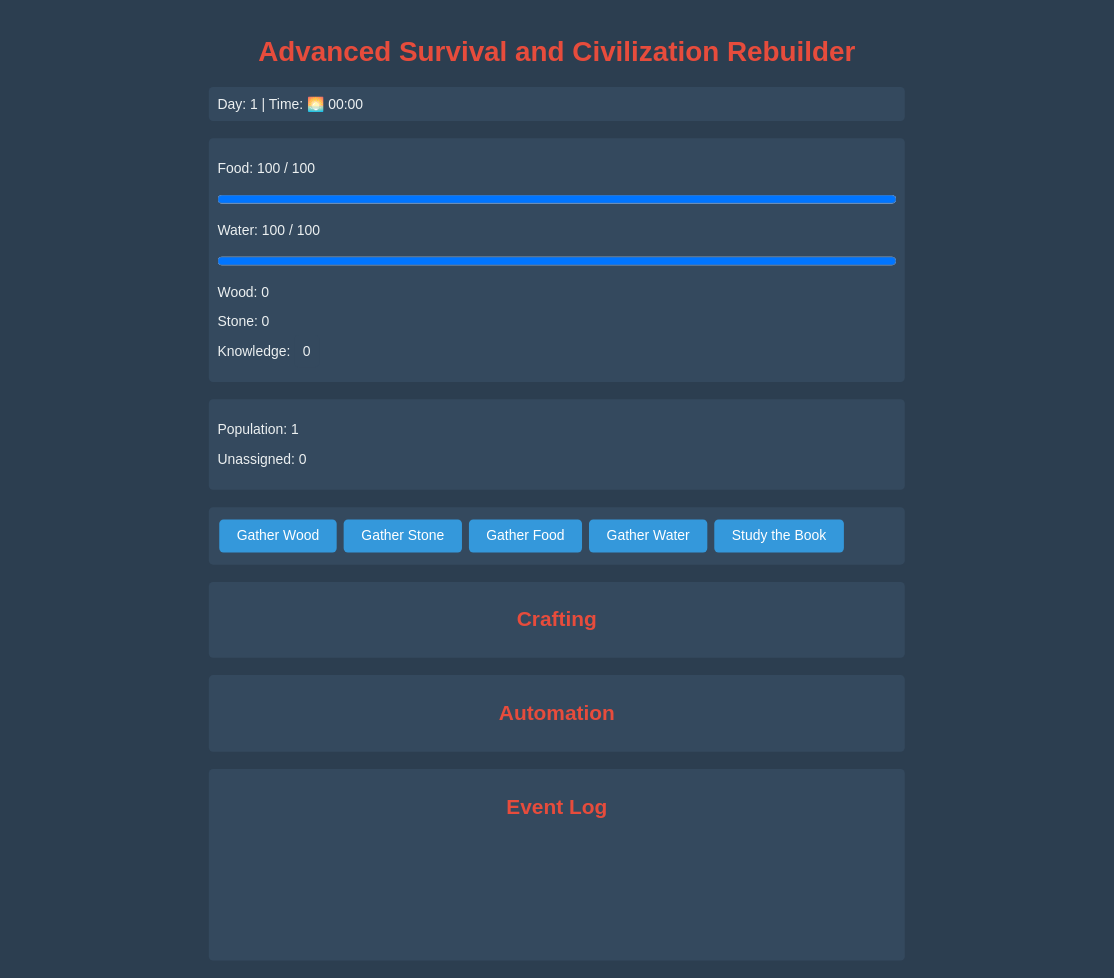
Repository: kingpinzs/afk-post-apocalyptic
Page: index.html
The author's editor kept a copy of each file at every save. The page is drawn from the files as they stood at one save, then again after the next save.
The browser window is 1280 px wide. The pictures show the whole page, at 87% of full size.

Above is the page before, as saved 2024-09-10 08:01:09.
Console error: SyntaxError: Identifier 'showPuzzle' has already been declared

### index.html
<!DOCTYPE html>
<html lang="en">
<head>
    <meta charset="UTF-8">
    <meta name="viewport" content="width=device-width, initial-scale=1.0">
    <title>Advanced Survival and Civilization Rebuilder</title>
    <link rel="stylesheet" href="styles.css">
</head>
<body>
    <div id="game-container">
        <h1>Advanced Survival and Civilization Rebuilder</h1>
        <div id="day-night-cycle">
            Day: <span id="day-count">1</span> | Time: <span id="time-emoji">🌅</span> <span id="time-display">00:00</span>
        </div>
        <div id="resources">
            <p>Food: <span id="food">100</span> / 100</p>
            <progress id="food-bar" value="100" max="100"></progress>
            <p>Water: <span id="water">100</span> / 100</p>
            <progress id="water-bar" value="100" max="100"></progress>
            <p>Wood: <span id="wood">0</span></p>
            <p>Stone: <span id="stone">0</span></p>
            <p>Knowledge: <span id="knowledge">0</span></p>
        </div>
        <div id="population">
            <p>Population: <span id="population-count">1</span></p>
            <p>Unassigned: <span id="unassigned-population">0</span></p>
        </div>
        <div id="actions">
            <button id="gather-wood">Gather Wood</button>
            <button id="gather-stone">Gather Stone</button>
            <button id="gather-food">Gather Food</button>
            <button id="gather-water">Gather Water</button>
            <button id="study">Study the Book</button>
        </div>
        <div id="crafting">
            <h2>Crafting</h2>
            <div id="craftable-items"></div>
        </div>
        <div id="automation">
            <h2>Automation</h2>
            <div id="automation-controls"></div>
        </div>
        <div id="log">
            <h2>Event Log</h2>
            <ul id="event-log"></ul>
        </div>
    </div>

    <div id="puzzle-popup" class="popup">
        <h2 id="puzzle-title"></h2>
        <p id="puzzle-description"></p>
        <input type="text" id="puzzle-answer" placeholder="Enter your answer">
        <button id="submit-puzzle">Submit Answer</button>
    </div>

    <script type="module" src="game.js"></script>
</body>
</html>

### styles.css
body {
    font-family: Arial, sans-serif;
    background-color: #2c3e50;
    color: #ecf0f1;
    margin: 0;
    padding: 0;
}

#game-container {
    max-width: 800px;
    margin: 0 auto;
    padding: 20px;
}

h1, h2 {
    text-align: center;
    color: #e74c3c;
}

#day-night-cycle, #resources, #actions, #crafting, #knowledge, #population, #automation {
    background-color: #34495e;
    border-radius: 5px;
    padding: 10px;
    margin-bottom: 20px;
}

button {
    background-color: #3498db;
    border: none;
    color: white;
    padding: 10px 20px;
    text-align: center;
    text-decoration: none;
    display: inline-block;
    font-size: 16px;
    margin: 4px 2px;
    cursor: pointer;
    border-radius: 5px;
    transition: background-color 0.3s;
}

button:hover {
    background-color: #2980b9;
}

button:disabled {
    background-color: #7f8c8d;
    cursor: not-allowed;
}

#log {
    background-color: #34495e;
    border-radius: 5px;
    padding: 10px;
    height: 200px;
    overflow-y: scroll;
}

#event-log {
    list-style-type: none;
    padding: 0;
}

#event-log li {
    margin-bottom: 5px;
}

progress {
    width: 100%;
    height: 20px;
}

.popup {
    display: none;
    position: fixed;
    top: 50%;
    left: 50%;
    transform: translate(-50%, -50%);
    background-color: #34495e;
    padding: 20px;
    border-radius: 5px;
    z-index: 1000;
}

.popup input {
    width: 100%;
    padding: 5px;
    margin-top: 10px;
}

.popup button {
    margin-top: 10px;
}

### game.js
// game.js

import { gameState, CONSTANTS, loadKnowledgeData } from './gameState.js';
import { updateDisplay, updateTimeDisplay, updateTimeEmoji, logEvent } from './ui.js';
import { gatherResource, consumeResources, produceResources, checkPopulationGrowth, study } from './resources.js';
import { updateCraftableItems, submitPuzzleAnswer, showPuzzle } from './crafting.js';
import { updateAutomationControls } from './automation.js';

function initializeGame() {
    loadKnowledgeData().then(() => {
        updateCraftableItems();
        updateAutomationControls();
    });

    // Event listeners
    document.getElementById('gather-wood').addEventListener('click', () => gatherResource('wood'));
    document.getElementById('gather-stone').addEventListener('click', () => gatherResource('stone'));
    document.getElementById('gather-food').addEventListener('click', () => gatherResource('food'));
    document.getElementById('gather-water').addEventListener('click', () => gatherResource('water'));
    document.getElementById('study').addEventListener('click', study);
    document.getElementById('submit-puzzle').addEventListener('click', submitPuzzleAnswer);

    // Start game loop
    setInterval(gameLoop, 1000); // Update every second
}

function gameLoop() {
    updateTime();
    if (gameState.time === 0) { // Start of a new day
        consumeResources();
        produceResources();
        checkPopulationGrowth();
    }
    checkSurvival();
    updateDisplay();
}

function updateTime() {
    gameState.time = (gameState.time + 1) % (CONSTANTS.DAY_LENGTH * 60);
    if (gameState.time === 0) {
        gameState.day += 1;
    }
    updateTimeEmoji();
    updateTimeDisplay();
}

function checkSurvival() {
    if (gameState.food <= 0 || gameState.water <= 0) {
        alert('Game Over! Your population did not survive.');
        resetGame();
    }
}

function resetGame() {
    Object.assign(gameState, {
        food: 100,
        water: 100,
        wood: 0,
        stone: 0,
        knowledge: 0,
        population: 1,
        unassignedPopulation: 0,
        day: 1,
        time: 0,
        craftedItems: {},
        automationAssignments: {}
    });
    updateDisplay();
    updateCraftableItems();
    updateAutomationControls();
}

// Initialize the game
initializeGame();

### gameState.js
// gameState.js

export const gameState = {
    food: 100,
    water: 100,
    wood: 0,
    stone: 0,
    knowledge: 0,
    population: 1,
    unassignedPopulation: 0,
    day: 1,
    time: 0,
    craftedItems: {},
    automationAssignments: {}
};

export const CONSTANTS = {
    DAY_LENGTH: 10, // 10 minutes per day
    DAY_PHASE: 5, // 5 minutes of daylight
    POPULATION_THRESHOLD: 50 // Resources required for population growth
};

export let knowledgeData;

export function loadKnowledgeData() {
    return fetch('knowledge_data.json')
        .then(response => response.json())
        .then(data => {
            knowledgeData = data;
        });
}

### ui.js
// ui.js

import { gameState, CONSTANTS, knowledgeData } from './gameState.js';

export function updateDisplay() {
    document.getElementById('food').textContent = Math.floor(gameState.food);
    document.getElementById('water').textContent = Math.floor(gameState.water);
    document.getElementById('wood').textContent = gameState.wood;
    document.getElementById('stone').textContent = gameState.stone;
    document.getElementById('knowledge').textContent = gameState.knowledge;
    document.getElementById('food-bar').value = gameState.food;
    document.getElementById('water-bar').value = gameState.water;
    document.getElementById('population-count').textContent = gameState.population;
    document.getElementById('unassigned-population').textContent = gameState.unassignedPopulation;
    document.getElementById('day-count').textContent = gameState.day;
}

export function updateTimeDisplay() {
    const hours = Math.floor(gameState.time / 60);
    const minutes = gameState.time % 60;
    document.getElementById('time-display').textContent = `${hours.toString().padStart(2, '0')}:${minutes.toString().padStart(2, '0')}`;
}

export function updateTimeEmoji() {
    const timeEmojiElement = document.getElementById('time-emoji');
    if (gameState.time < CONSTANTS.DAY_PHASE * 60) {
        timeEmojiElement.textContent = '☀️';
    } else {
        timeEmojiElement.textContent = '🌙';
    }
}

export function logEvent(message) {
    const eventLog = document.getElementById('event-log');
    const li = document.createElement('li');
    li.textContent = message;
    eventLog.prepend(li);
    if (eventLog.children.length > 5) {
        eventLog.removeChild(eventLog.lastChild);
    }
}

### resources.js
// resources.js

import { gameState, CONSTANTS } from './gameState.js';
import { logEvent, updateDisplay } from './ui.js';
import { updateAutomationControls } from './automation.js';
import { updateCraftableItems } from './crafting.js';

export function gatherResource(resource) {
    let amount = 1;
    if (resource === 'wood' && gameState.craftedItems.axe) {
        amount = gameState.craftedItems.axe.effect.woodGatheringMultiplier;
    }
    gameState[resource] += amount;
    logEvent(`Gathered ${amount} ${resource}.`);
    updateDisplay();
    updateCraftableItems();
}

export function consumeResources() {
    const consumptionRate = gameState.craftedItems.shelter ? 0.5 : 1;
    const foodConsumption = Math.min(gameState.food, consumptionRate * gameState.population);
    const waterConsumption = Math.min(gameState.water, consumptionRate * gameState.population);

    gameState.food -= foodConsumption;
    gameState.water -= waterConsumption;

    logEvent(`Consumed ${foodConsumption.toFixed(1)} food and ${waterConsumption.toFixed(1)} water for the day.`);
}

export function produceResources() {
    if (gameState.craftedItems.farm) {
        const foodProduced = gameState.craftedItems.farm.effect.foodProductionRate * (gameState.automationAssignments.farm || 0);
        gameState.food += foodProduced;
        logEvent(`Farm produced ${foodProduced.toFixed(1)} food.`);
    }
    if (gameState.craftedItems.well) {
        const waterProduced = gameState.craftedItems.well.effect.waterProductionRate * (gameState.automationAssignments.well || 0);
        gameState.water += waterProduced;
        logEvent(`Well produced ${waterProduced.toFixed(1)} water.`);
    }
    gameState.food = Math.min(gameState.food, 100);
    gameState.water = Math.min(gameState.water, 100);
}

export function checkPopulationGrowth() {
    if (gameState.food >= CONSTANTS.POPULATION_THRESHOLD && gameState.water >= CONSTANTS.POPULATION_THRESHOLD) {
        gameState.population += 1;
        gameState.unassignedPopulation += 1;
        gameState.food -= CONSTANTS.POPULATION_THRESHOLD;
        gameState.water -= CONSTANTS.POPULATION_THRESHOLD;
        logEvent("The population has grown! You have a new unassigned worker.");
        updateAutomationControls();
    }
}

export function study() {
    gameState.knowledge += 1;
    logEvent('Studied the book. Gained 1 knowledge point.');
    updateDisplay();
    updateCraftableItems();
}

### crafting.js
// crafting.js

import { gameState, knowledgeData } from './gameState.js';
import { logEvent, updateDisplay } from './ui.js';
import { updateAutomationControls } from './automation.js';

export function updateCraftableItems() {
    const craftableItemsContainer = document.getElementById('craftable-items');
    craftableItemsContainer.innerHTML = '';
    knowledgeData.items.forEach(item => {
        if (!gameState.craftedItems[item.id]) {
            const canCraft = Object.entries(item.requirements).every(([resource, amount]) => gameState[resource] >= amount);
            const button = document.createElement('button');
            button.textContent = `Craft ${item.name} (${Object.entries(item.requirements).map(([resource, amount]) => `${amount} ${resource}`).join(', ')})`;
            button.disabled = !canCraft;
            button.addEventListener('click', () => showPuzzle(item));
            craftableItemsContainer.appendChild(button);
        }
    });
}

function showPuzzle(item) {
    const puzzlePopup = document.getElementById('puzzle-popup');
    document.getElementById('puzzle-title').textContent = `Craft ${item.name}`;
    document.getElementById('puzzle-description').textContent = item.puzzle;
    document.getElementById('puzzle-answer').value = '';
    puzzlePopup.style.display = 'block';
    puzzlePopup.dataset.itemId = item.id;
}


function craftItem(item) {
    Object.entries(item.requirements).forEach(([resource, amount]) => {
        gameState[resource] -= amount;
    });
    gameState.craftedItems[item.id] = item;
    logEvent(`Crafted ${item.name}!`);
    updateDisplay();
    updateCraftableItems();
    updateAutomationControls();
}

// Make sure showPuzzle is exported
export function showPuzzle(item) {
    const puzzlePopup = document.getElementById('puzzle-popup');
    document.getElementById('puzzle-title').textContent = `Craft ${item.name}`;
    document.getElementById('puzzle-description').textContent = item.puzzle;
    document.getElementById('puzzle-answer').value = '';
    puzzlePopup.style.display = 'block';
    puzzlePopup.dataset.itemId = item.id;
}

### automation.js
// automation.js

import { gameState } from './gameState.js';
import { updateDisplay } from './ui.js';

export function updateAutomationControls() {
    const automationControlsContainer = document.getElementById('automation-controls');
    automationControlsContainer.innerHTML = '';
    Object.entries(gameState.craftedItems).forEach(([itemId, item]) => {
        if (item.effect.foodProductionRate || item.effect.waterProductionRate) {
            const div = document.createElement('div');
            div.innerHTML = `
                <p>${item.name}: <span id="${itemId}-assigned">0</span> assigned</p>
                <button id="${itemId}-assign">+</button>
                <button id="${itemId}-unassign">-</button>
            `;
            automationControlsContainer.appendChild(div);

            document.getElementById(`${itemId}-assign`).addEventListener('click', () => assignWorker(itemId));
            document.getElementById(`${itemId}-unassign`).addEventListener('click', () => unassignWorker(itemId));
        }
    });
}

function assignWorker(itemId) {
    if (gameState.unassignedPopulation > 0) {
        gameState.automationAssignments[itemId] = (gameState.automationAssignments[itemId] || 0) + 1;
        gameState.unassignedPopulation -= 1;
        updateAutomationDisplay();
    }
}

function unassignWorker(itemId) {
    if (gameState.automationAssignments[itemId] > 0) {
        gameState.automationAssignments[itemId] -= 1;
        gameState.unassignedPopulation += 1;
        updateAutomationDisplay();
    }
}

function updateAutomationDisplay() {
    Object.entries(gameState.automationAssignments).forEach(([itemId, count]) => {
        const assignedElement = document.getElementById(`${itemId}-assigned`);
        if (assignedElement) {
            assignedElement.textContent = count;
        }
    });
    updateDisplay();
}

### knowledge_data.json
{
    "items": [
      {
        "id": "axe",
        "name": "Axe",
        "description": "Improves wood gathering efficiency",
        "requirements": {
          "wood": 5,
          "stone": 5,
          "knowledge": 5
        },
        "puzzle": "What has a handle and a head, but no arms or legs?",
        "puzzleAnswer": "axe",
        "effect": {
          "woodGatheringMultiplier": 2
        }
      },
      {
        "id": "shelter",
        "name": "Shelter",
        "description": "Reduces resource consumption",
        "requirements": {
          "wood": 10,
          "stone": 5,
          "knowledge": 3
        },
        "puzzle": "I keep you safe, I keep you dry, I'm built with care, up toward the sky. What am I?",
        "puzzleAnswer": "shelter",
        "effect": {
          "resourceConsumptionMultiplier": 0.5
        }
      },
      {
        "id": "farm",
        "name": "Farm",
        "description": "Produces food over time",
        "requirements": {
          "wood": 15,
          "stone": 10,
          "knowledge": 10
        },
        "puzzle": "With seeds and soil, sun and rain, I help your food to grow again. What am I?",
        "puzzleAnswer": "farm",
        "effect": {
          "foodProductionRate": 0.1
        }
      },
      {
        "id": "well",
        "name": "Well",
        "description": "Produces water over time",
        "requirements": {
          "wood": 5,
          "stone": 20,
          "knowledge": 15
        },
        "puzzle": "Deep in the earth, I'm built with care, to bring up something vital and rare. What am I?",
        "puzzleAnswer": "well",
        "effect": {
          "waterProductionRate": 0.2
        }
      }
    ]
  }

After the next save:
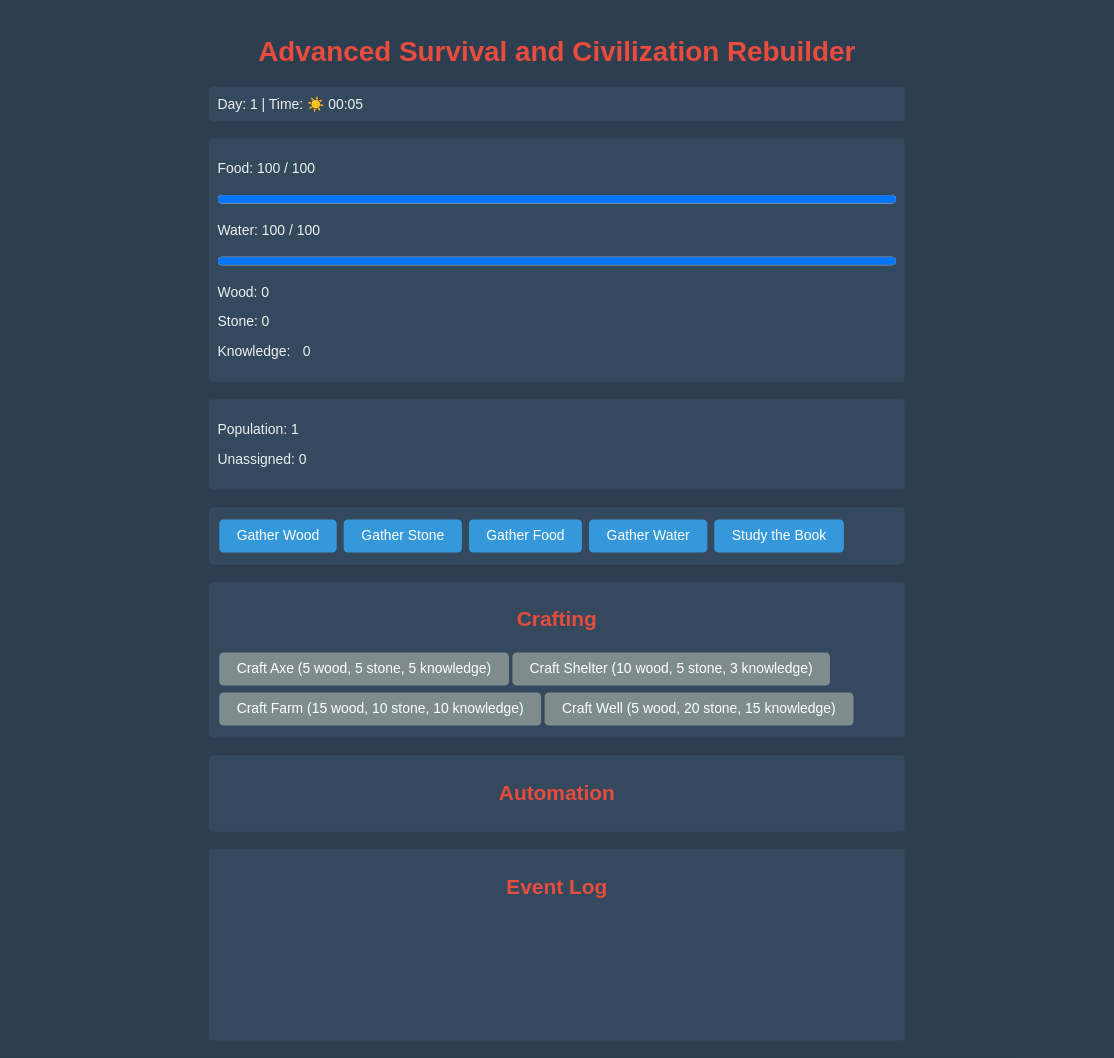
The error is gone.
Saved 34 s later.
--- a/crafting.js
+++ b/crafting.js
@@ -19,13 +19,16 @@ export function updateCraftableItems() {
     });
 }
 
-function showPuzzle(item) {
+export function submitPuzzleAnswer() {
     const puzzlePopup = document.getElementById('puzzle-popup');
-    document.getElementById('puzzle-title').textContent = `Craft ${item.name}`;
-    document.getElementById('puzzle-description').textContent = item.puzzle;
-    document.getElementById('puzzle-answer').value = '';
-    puzzlePopup.style.display = 'block';
-    puzzlePopup.dataset.itemId = item.id;
+    const itemId = puzzlePopup.dataset.itemId;
+    const item = knowledgeData.items.find(i => i.id === itemId);
+    if (document.getElementById('puzzle-answer').value.toLowerCase() === item.puzzleAnswer.toLowerCase()) {
+        craftItem(item);
+        puzzlePopup.style.display = 'none';
+    } else {
+        alert('Incorrect answer. Try again!');
+    }
 }
 
 
